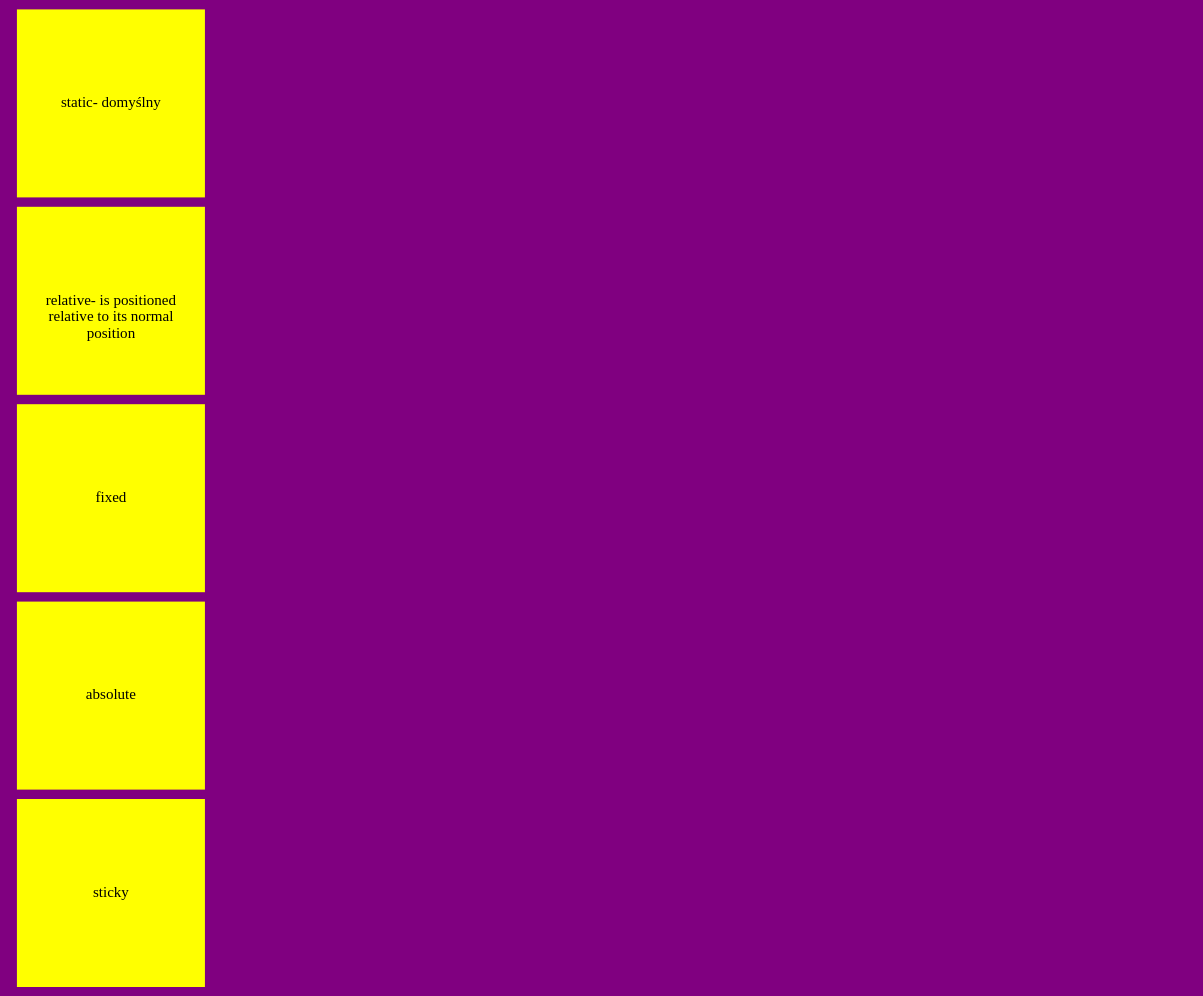
Repository: quenrythane/homepage
Page: CSS positions/CSS-positions.html
The author's editor kept a copy of each file at every save. The page is drawn from the files as they stood at one save, then again after the next save.
The browser window is 1280 px wide. The pictures show the whole page, at 94% of full size.

Above is the page before, as saved 2020-10-11 00:21:13.

After the next save:
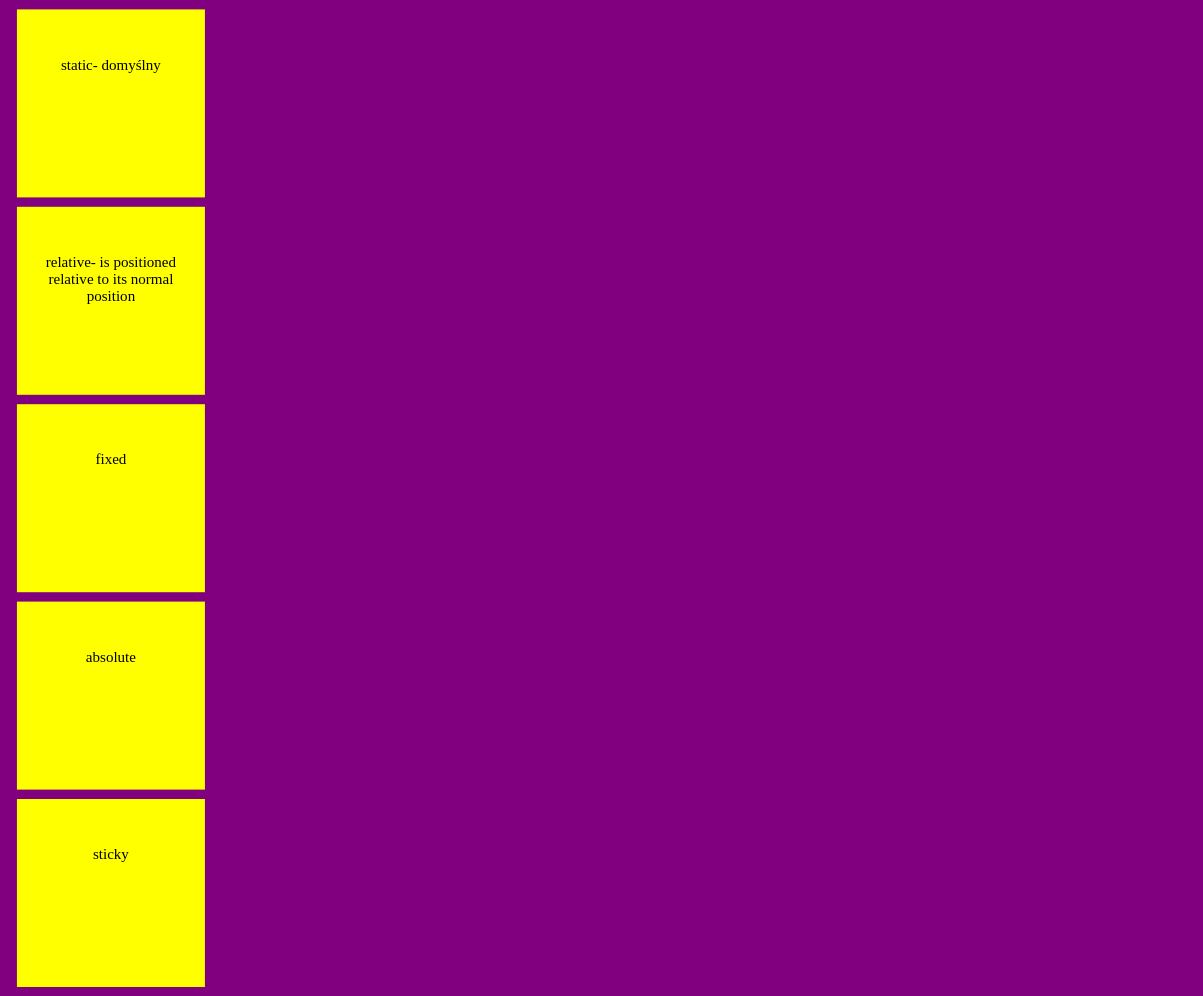
Saved 6 s later.
--- a/CSS positions/CSS-positions.css
+++ b/CSS positions/CSS-positions.css
@@ -10,7 +10,7 @@ body {
     margin: 10px;
     text-align: center;
     padding: 10px ;
-    padding-top: 90px;
+    padding-top: 50px;
 }
 
 .static{
